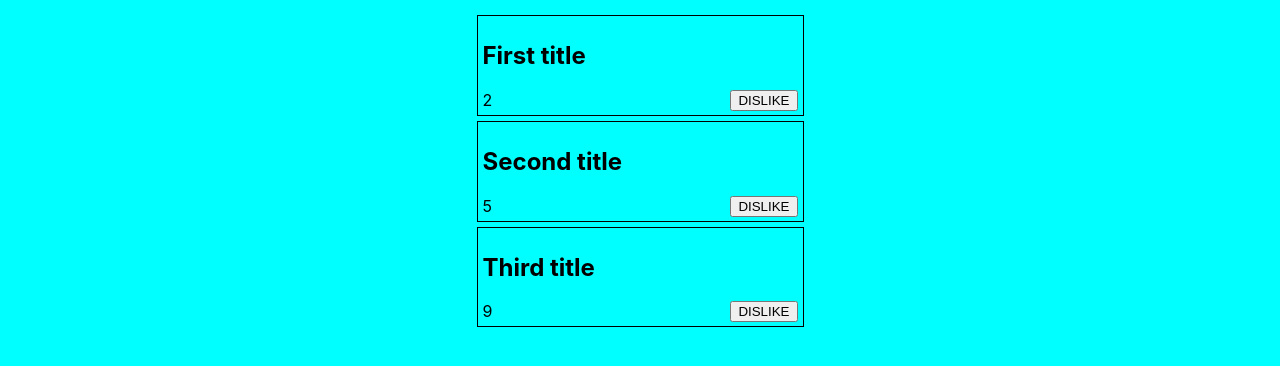
Repository: asapvtec98/egzamin
Page: /
An editor plug-in stored every save of this project. The page is shown before and after the next save, followed by the edit.
The browser window is 1280 px wide. The pictures show the whole page.
The project was rebuilt for these pictures with package versions that can differ from the ones it lists, and the page was loaded fresh each time.

Above is the page before, as saved 2023-11-14 14:28:29.

After the next save:
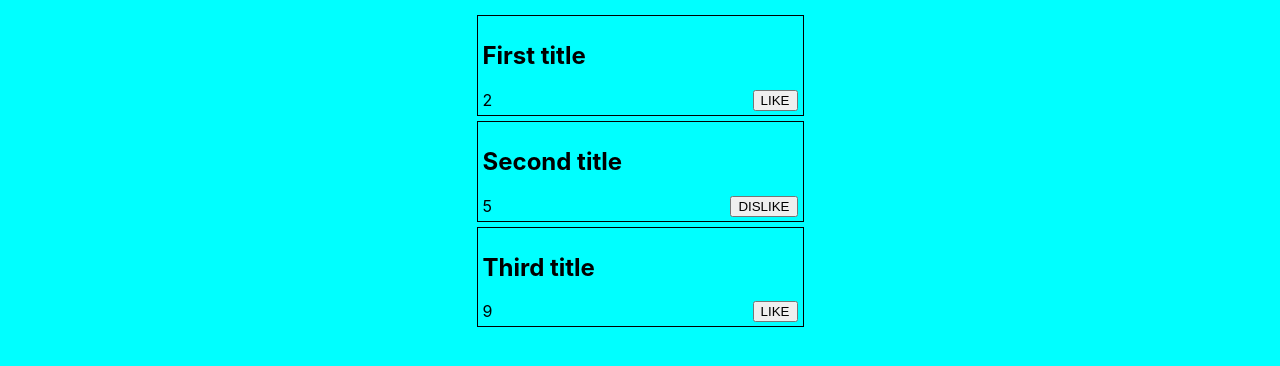
Saved 55 s later.
--- a/src/App.js
+++ b/src/App.js
@@ -22,7 +22,7 @@ function App() {
 
   const displayComments = comments.map((comment) =>
       <div className="Comment">
-        <Komentarz title={comment.title} likes={comment.likes}></Komentarz>
+        <Komentarz title={comment.title} likes={comment.likes} isClicked={comment.isClicked}></Komentarz>
       </div>
   )
 
